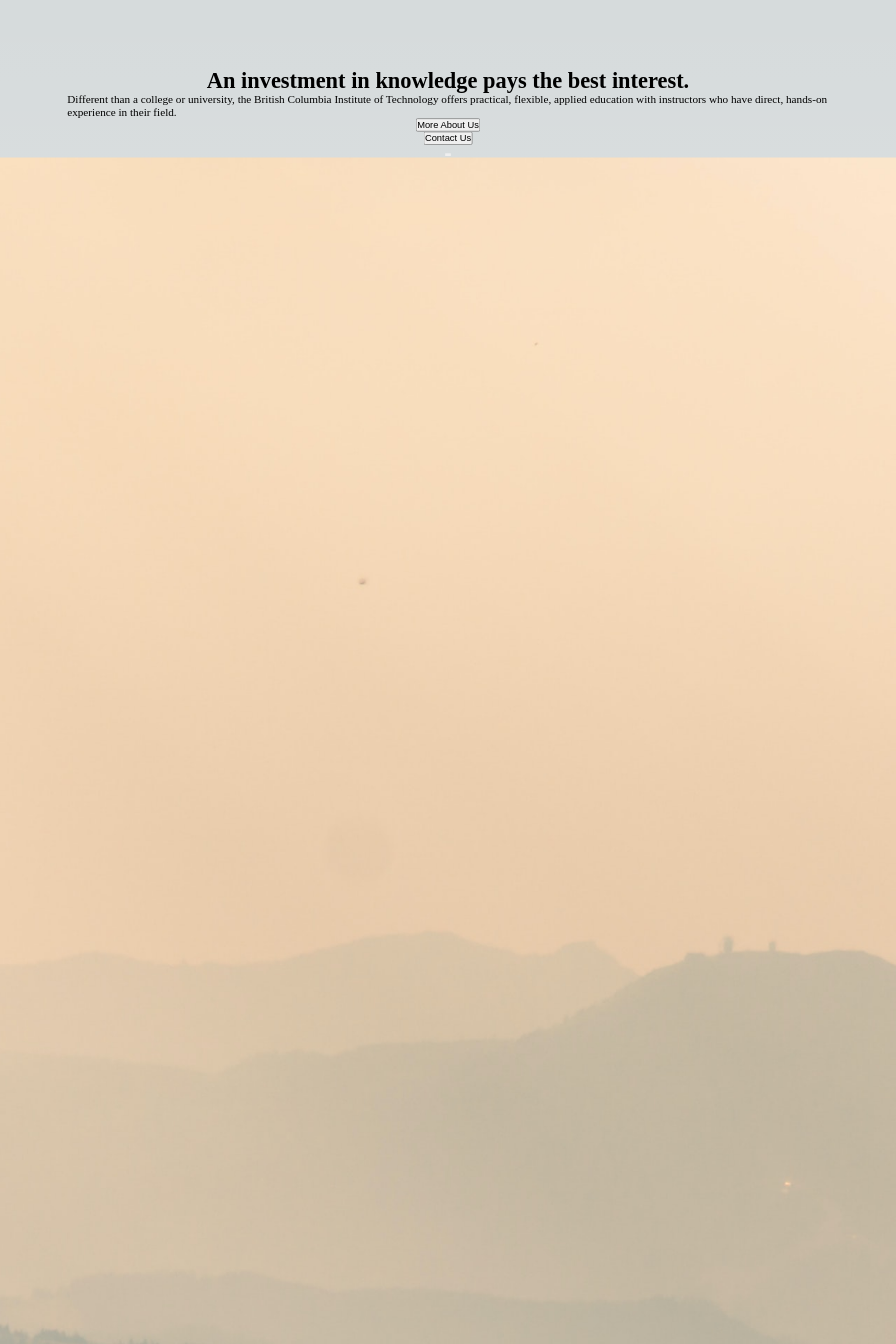
Repository: jennydmcm/assignment-1-playwright-site-A01338943
Page: /
The author's editor kept a copy of each file at every save. The page is drawn from the files as they stood at one save, then again after the next save.
The browser window is 1280 px wide. The pictures show the part of the page from y = 0 to 1920 px (the page is 4325 px tall before and 720 px after), at 70% of full size.
The project was rebuilt for these pictures with package versions that can differ from the ones it lists, and the page was loaded fresh each time. The framework's server and built-in components were replaced by stand-ins that run in the browser. Also part of the build but not shown: next.config.js.

Above is the page before, as saved 2023-02-08 08:32:02.

### pages/_app.js
import '../styles/globals.css'
import '../styles/variables.css'

function MyApp({ Component, pageProps }) {
  return <Component {...pageProps} />
}

export default MyApp

### pages/index.js
import Head from 'next/head'
import Image from 'next/image'
import { Inter } from '@next/font/google'
import styles from '@/styles/Home.module.css'
import { useRouter } from 'next/router'

const inter = Inter({ subsets: ['latin'] })

export default function Home() {
  const router = useRouter()
  return (
    <>
      <Head>
        <title>{'Home'}</title>
        <meta name="description" content="Generated by create next app" />
        <meta name="viewport" content="width=device-width, initial-scale=1" />
        <meta name="author" content={'MDIA 2109'} />
        <meta property='og:title' content={'Assignment #1 - Home Page'} />
        <meta property='og:description' content={'BCIT Digital Design and Development Diploma'} />
        <link rel="icon" href="/favicon.png" />
      </Head>
      <main className={styles.main}>
        <h1 className={styles.header}>{'An investment in knowledge pays the best interest.'}</h1>
        <p className={styles.subhead}>{'Different than a college or university, the British Columbia Institute of Technology offers practical, flexible, applied education with instructors who have direct, hands-on experience in their field.'}</p>
        <button className={styles.aboutbtn} type='button' onClick={() => router.push('/about')}>More About Us</button>
        <button className={styles.contactbtn}type='button' onClick={() => router.push('/contact')}>Contact Us</button>
        <a>
          <button type='button' src='/upwardArrow.png'></button>
          <button type='button' src='/downwardArrow.png'></button>
         </a>
         <a>
          <span>
            <img src='/background-images/backgroundMountain.jpg'></img>
          </span>
        </a>
      </main>
    </>
  )
}

### styles/variables.css
:root{
    --primary-color: #fff;
    --secondary-color: #f4d6b9;
    --ternary-color: #14343d;
    --quaternary-color: #14343d;
    --quinary-color: rgba(16,46,53,0.5);

}

Loaded but not shown: pages/_document.js (common file); pages/api/hello.js (common file); styles/globals.css (common file); styles/Home.module.css (common file)

After the next save:
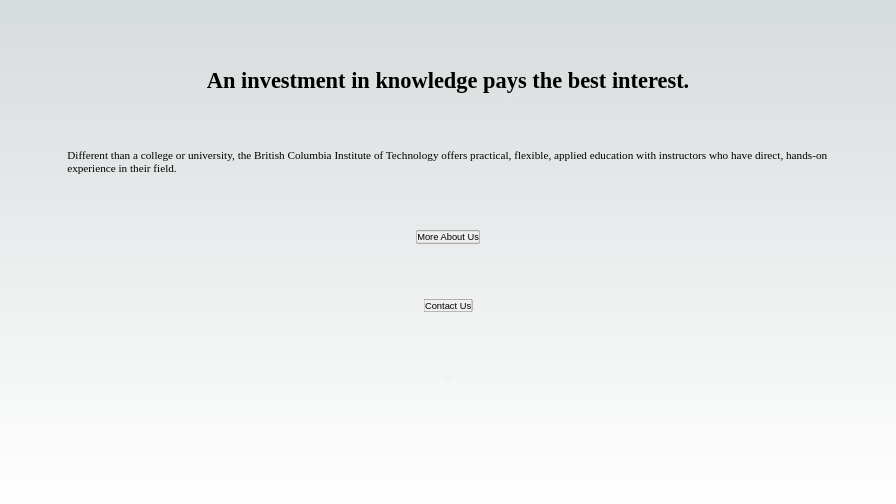
Saved 65 s later.
--- a/pages/index.js
+++ b/pages/index.js
@@ -30,7 +30,7 @@ export default function Home() {
          </a>
          <a>
           <span>
-            <img src='/background-images/backgroundMountain.jpg'></img>
+
           </span>
         </a>
       </main>
